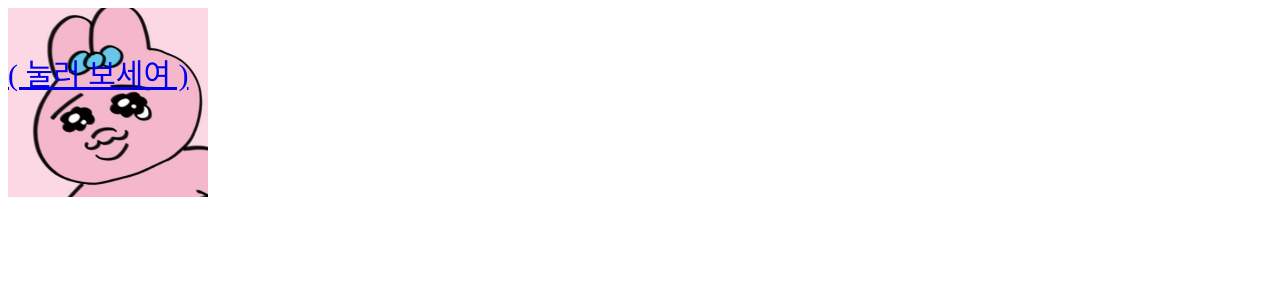
Repository: hyejux/jsp
Page: JSPBasic/src/main/webapp/html/hi.html
An editor plug-in stored every save of this project. The page is shown before and after the next save, followed by the edit.
The browser window is 1280 px wide. The pictures show the whole page.

Above is the page before, as saved 2024-06-24 08:27:18.

After the next save:
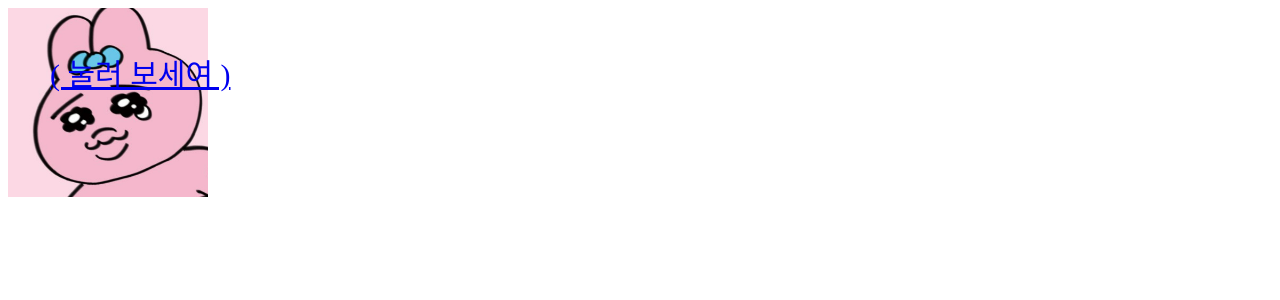
Saved 7 s later.
--- a/JSPBasic/src/main/webapp/html/hi.html
+++ b/JSPBasic/src/main/webapp/html/hi.html
@@ -7,7 +7,8 @@
 div {
  font-size : 30px;
  position : absolute;
- top : 50px;}
+ top : 50px;
+ left : 50px}
 </style>
 </head>
 <body>
